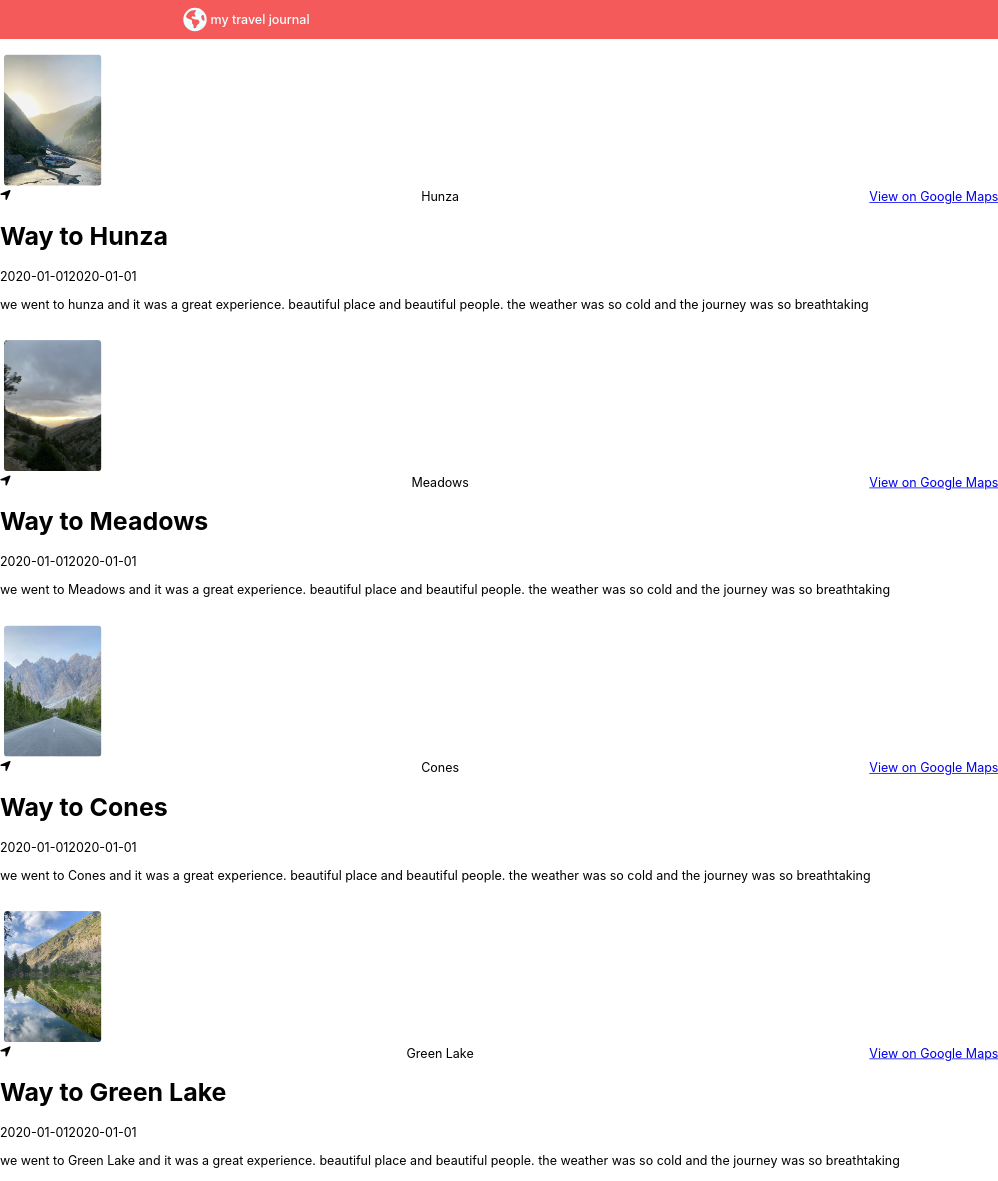
Repository: mortiestmorty1/travel-journal
Page: /
The author's editor kept a copy of each file at every save. The page is drawn from the files as they stood at one save, then again after the next save.
The browser window is 1280 px wide. The pictures show the whole page, at 78% of full size.
The project was rebuilt for these pictures with package versions that can differ from the ones it lists, and the page was loaded fresh each time.

Above is the page before, as saved 2024-01-17 15:05:07.

### src/index.css
body {
  margin: 0;
  font-family: -apple-system, BlinkMacSystemFont, 'Segoe UI', 'Roboto', 'Oxygen',
    'Ubuntu', 'Cantarell', 'Fira Sans', 'Droid Sans', 'Helvetica Neue',
    sans-serif;
  -webkit-font-smoothing: antialiased;
  -moz-osx-font-smoothing: grayscale;
}

code {
  font-family: source-code-pro, Menlo, Monaco, Consolas, 'Courier New',
    monospace;
}
* {
  box-sizing: border-box;
  }

### src/App.js
import logo from './logo.svg';
import './App.css';
import Navbar from "./components/navbar";
import Data from "./components/data.js";
import Content from "./components/content.js";

function App() {
  const  Memories = Data.map((item) => {
    return<Content
          key={item.id}
          item={item}
    />
  })
  return (
    <div className="App">
      <Navbar />
      {Memories}
    </div>
  );
}

export default App;

### src/App.css
.Nav-container{
    display: flex;
    justify-content: space-between;
    align-items: center;
    background-color: #F55A5A;
    height: 50px;
}
.navbar{
    display: flex;
    justify-content: space-between;
    align-items: center;
    background-color: #F55A5A;
    margin-left: 230px;
}
.title{
  color: azure;
  font-weight: 500;
  margin-left: 5px;
}
.earth{
  width: 30px;
  height: 30px;
  margin-left: 5px;
  color: azure;
}

.image{
  width: 125px;
  height: 168px;
  margin-left: 5px;
  color: azure;
  border-radius: 5px;
  margin-top: 20px;
}
.content-container{

}
.section1{
  display: flex;
  justify-content: space-between;

}
.Title{

}

### src/components/navbar.js
import React from "react";
import { FontAwesomeIcon } from "@fortawesome/react-fontawesome";
import { faEarth } from "@fortawesome/free-solid-svg-icons";
import "../App.css";

function Navbar(){
    return(
        <div className="Nav-container">
            <nav className="navbar">
                <FontAwesomeIcon icon={faEarth} className="earth"></FontAwesomeIcon>
                <span className="title">
                        my travel journal
                </span>
            </nav>
        </div>
    )
}
export default Navbar;

### src/components/data.js
import Hunza from "./way-to-hunza.jpeg";
import Meadows from "./way-to-meadows.jpeg";
import Cones from "./cones.jpeg";
import Glake from "./green-lake.jpeg";

export default [
    {
        id:1,
        img: Hunza,
        location: "Hunza",
        googlelink: "https://www.google.com/maps/place/Hunza+Valley,+Gilgit-Baltistan,+Pakistan/",
        Title: "Way to Hunza",
        datestart:"2020-01-01",
        dateend: "2020-01-01",
        description:"we went to hunza and it was a great experience. beautiful place and beautiful people. the weather was so cold and the journey was so breathtaking"
    }
    ,
    {
        id:2,
        img: Meadows,
        location: "Meadows",
        googlelink: "https://www.google.com/maps/place/Meadows,+Gilgit-Baltistan,+Pakistan/",
        Title: "Way to Meadows",
        datestart:"2020-01-01",
        dateend: "2020-01-01",
        description:"we went to Meadows and it was a great experience. beautiful place and beautiful people. the weather was so cold and the journey was so breathtaking"
    }
    ,
    {
        id:3,
        img: Cones,
        location: "Cones",
        googlelink: "https://www.google.com/maps/place/Cones,+Gilgit-Baltistan,+Pakistan/",
        Title: "Way to Cones",
        datestart:"2020-01-01",
        dateend: "2020-01-01",
        description:"we went to Cones and it was a great experience. beautiful place and beautiful people. the weather was so cold and the journey was so breathtaking"
    }
    ,
    {
        id:4,
        img: Glake,
        location: "Green Lake",
        googlelink: "https://www.google.com/maps/place/Green+Lake,+Gilgit-Baltistan,+Pakistan/",
        Title: "Way to Green Lake",
        datestart:"2020-01-01",
        dateend: "2020-01-01",
        description:"we went to Green Lake and it was a great experience. beautiful place and beautiful people. the weather was so cold and the journey was so breathtaking"
    }
]

### src/components/content.js
import React from "react";
import { FontAwesomeIcon } from "@fortawesome/react-fontawesome";
import { faLocationArrow } from "@fortawesome/free-solid-svg-icons";
import "../App.css";
function Content(props){

    return(
        <div className="content-container">
            <img className="image" src={props.item.img}>
            </img>
            <div className="section1">
                <FontAwesomeIcon icon={faLocationArrow} className="Location"></FontAwesomeIcon>
                <span className="location">
                    {props.item.location}
                </span>
                <a href={props.item.googlelink}>View on Google Maps</a>
            </div>
            <h1 className="Title">{props.item.Title}</h1>
            <span className="date-start">{props.item.datestart}</span>
            <span className="date-end">{props.item.dateend}</span>
            <p className="description">{props.item.description}</p>
        </div>
    )
}

export default Content;

Loaded but not shown: public/index.html (common file); src/index.js (common file); src/reportWebVitals.js (common file)

After the next save:
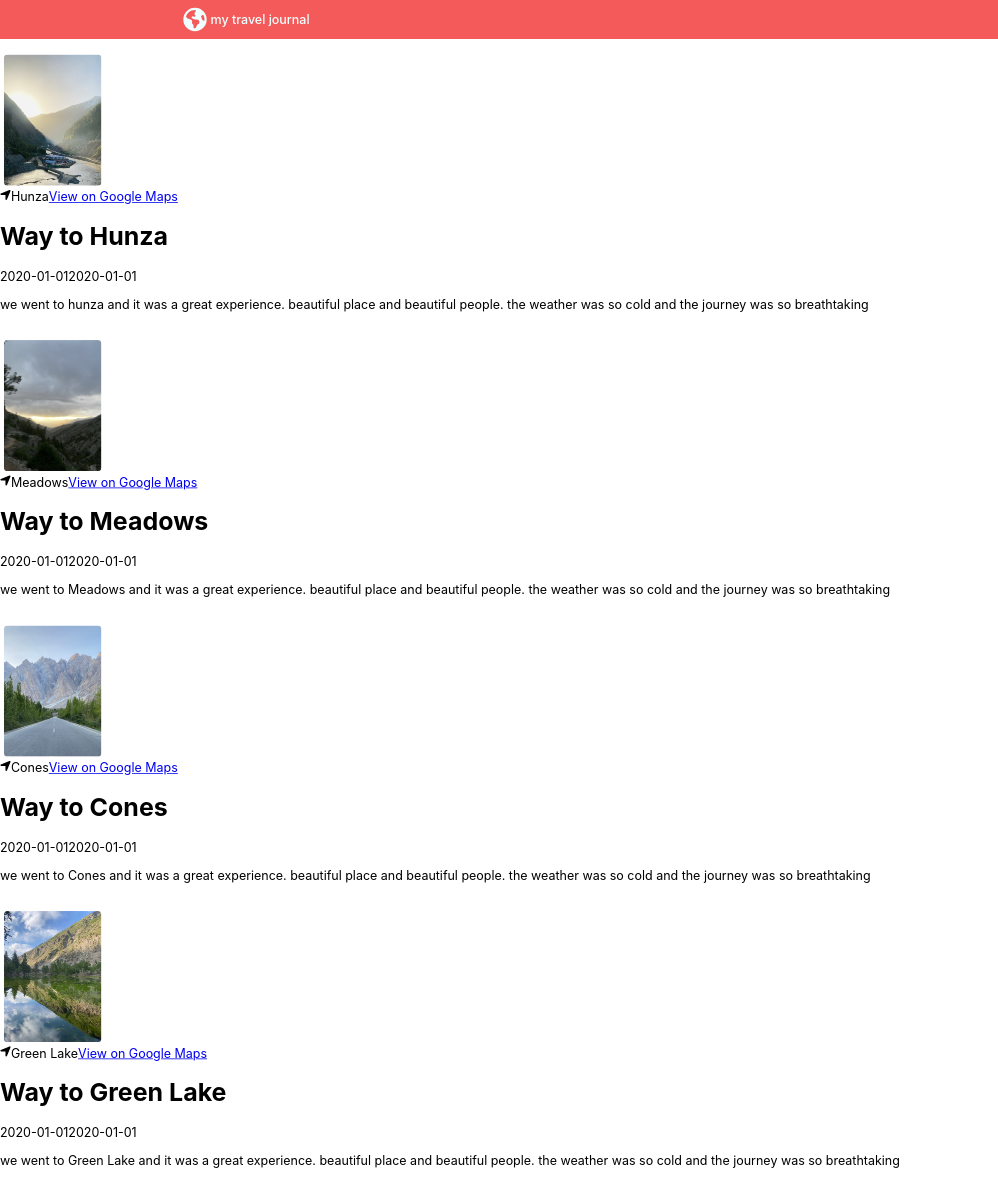
Saved 6 s later.
--- a/src/App.css
+++ b/src/App.css
@@ -37,8 +37,6 @@
 }
 .section1{
   display: flex;
-  justify-content: space-between;
-
 }
 .Title{
 

After the save that followed:
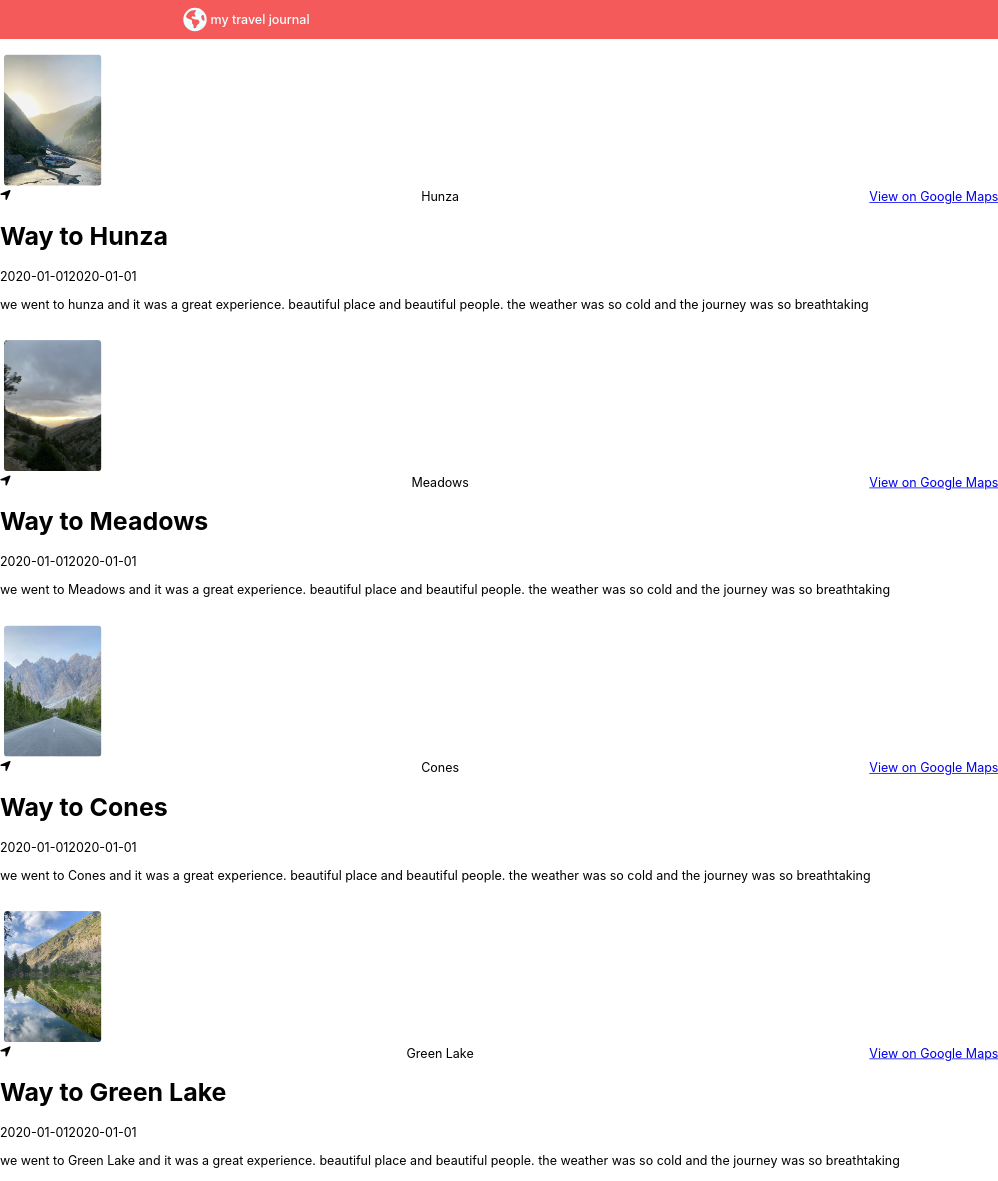
Saved 7 s later.
--- a/src/App.css
+++ b/src/App.css
@@ -37,6 +37,7 @@
 }
 .section1{
   display: flex;
+  justify-content: space-between;
 }
 .Title{
 
